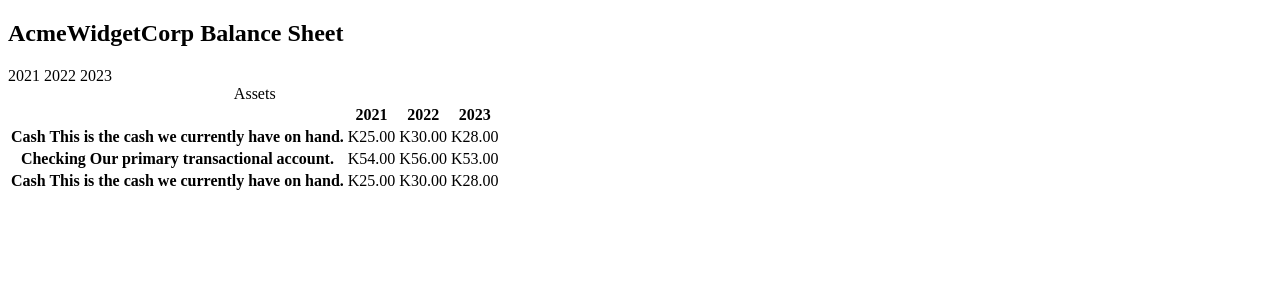
Repository: Lungdjos/balance_shee
Page: index.html
An editor plug-in stored every save of this project. The page is shown before and after a run of saves, followed by the edit.
The browser window is 1280 px wide. The pictures show the whole page.

Above is the page before, as saved 2023-10-31 08:51:52.

### index.html
<!DOCTYPE html>
<html lang="en">

<head>
    <meta charset="UTF-8">
    <meta name="viewport" content="width=device-width, initial-scale=1.0">
    <title>Balance Sheet</title>
    <link rel="stylesheet" href="styles.css">
</head>

<body>
    <main>
        <section>
            <h1>
                <span class="flex">
                <span>AcmeWidgetCorp</span>
                <span>Balance Sheet</span>
                </span>
            </h1>
            <div id="years" aria-hidden="true">
                <span class="year">2021</span>
                <span class="year">2022</span>
                <span class="year">2023</span>
            </div>
            <div class="table-wrap">
                <table>
                    <caption>Assets</caption>
                    <thead>
                        <tr>
                            <td></td>
                            <th><span class="sr-only year">2021</span></th>
                            <th><span class="sr-only year">2022</span></th>
                            <th class="current"><span class="current">2023</span></th>
                        </tr>
                    </thead>
                    <tbody>
                        <tr class="data">
                            <th>
                                Cash <span class="description">This is the cash we currently have on hand.</span>
                            </th>
                            <td>K25.00</td>
                            <td>K30.00</td>
                            <td class="current">K28.00</td>
                        </tr>
                        <tr class="data">
                            <th>
                                Checking <span class="description">Our primary transactional account.</span>
                            </th>
                            <td>K54.00</td>
                            <td>K56.00</td>
                            <td class="current">K53.00</td>
                        </tr>
                        <tr class="data">
                            <th>
                                Cash <span class="description">This is the cash we currently have on hand.</span>
                            </th>
                            <td>K25.00</td>
                            <td>K30.00</td>
                            <td class="current">K28.00</td>
                        </tr>
                        <tr class="total"></tr>
                    </tbody>
                </table>
                <table></table>
                <table></table>
            </div>
        </section>
    </main>
</body>

</html>

</html>

Loaded but not shown: styles.css (no copy from this time; the picture is the same without it)

After the next 3 saves:
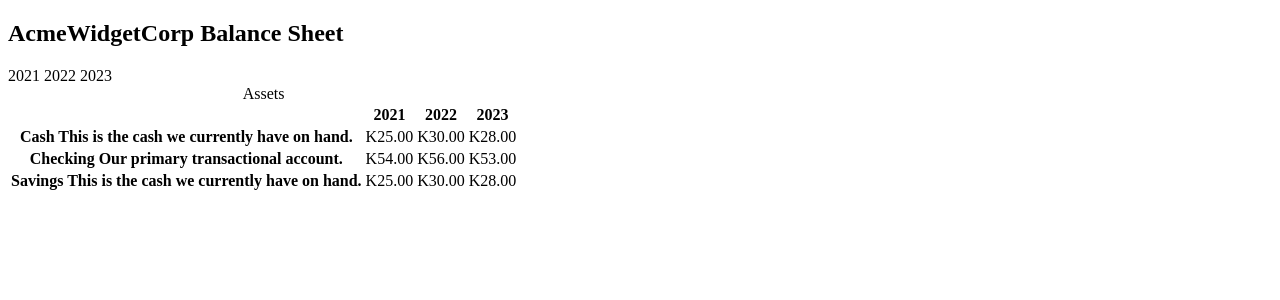
The 3 saves are shown as one change because they came seconds apart.
The last was saved 24 s later.
--- a/index.html
+++ b/index.html
@@ -52,7 +52,7 @@
                         </tr>
                         <tr class="data">
                             <th>
-                                Cash <span class="description">This is the cash we currently have on hand.</span>
+                                Savings <span class="description">This is the cash we currently have on hand.</span>
                             </th>
                             <td>K25.00</td>
                             <td>K30.00</td>
